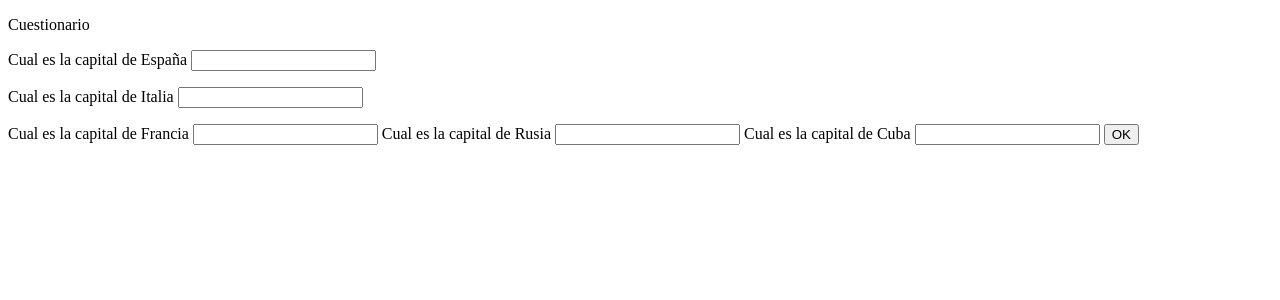
Repository: Matmart13/Acceso-a-Datos-2
Page: http://localhost/JSP1/Ejercicio4.jsp
The author's editor kept a copy of each file at every save. The page is drawn from the files as they stood at one save, then again after the next save.
The browser window is 1280 px wide. The pictures show the whole page.
The page is served by Tomcat 9.

Above is the page before, as saved 2023-01-30 15:02:14.

After the next save:
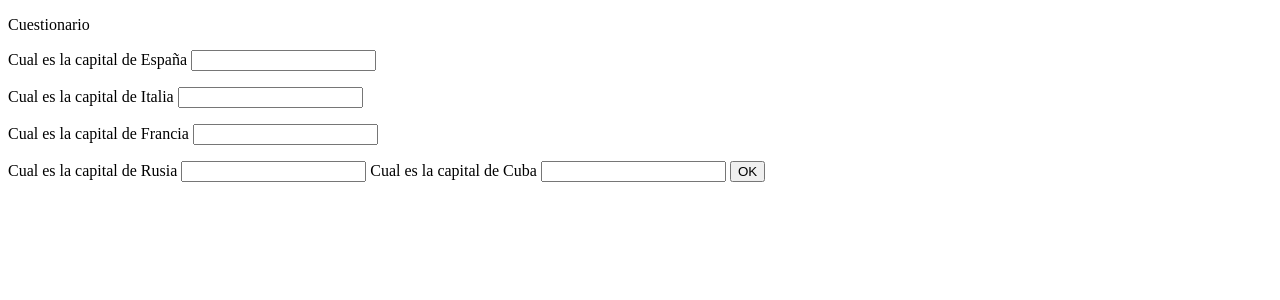
Saved 7 s later.
--- a/JSP1/src/main/webapp/Ejercicio4.jsp
+++ b/JSP1/src/main/webapp/Ejercicio4.jsp
@@ -12,8 +12,8 @@
 <input type="text" name="España"></p>
 <p>Cual es la capital de Italia
 <input type="text" name="Italia"></p>
-Cual es la capital de Francia
-<input type="text" name="Francia">
+<p>Cual es la capital de Francia
+<input type="text" name="Francia"></p>
 Cual es la capital de Rusia
 <input type="text" name="Rusia">
 Cual es la capital de Cuba
